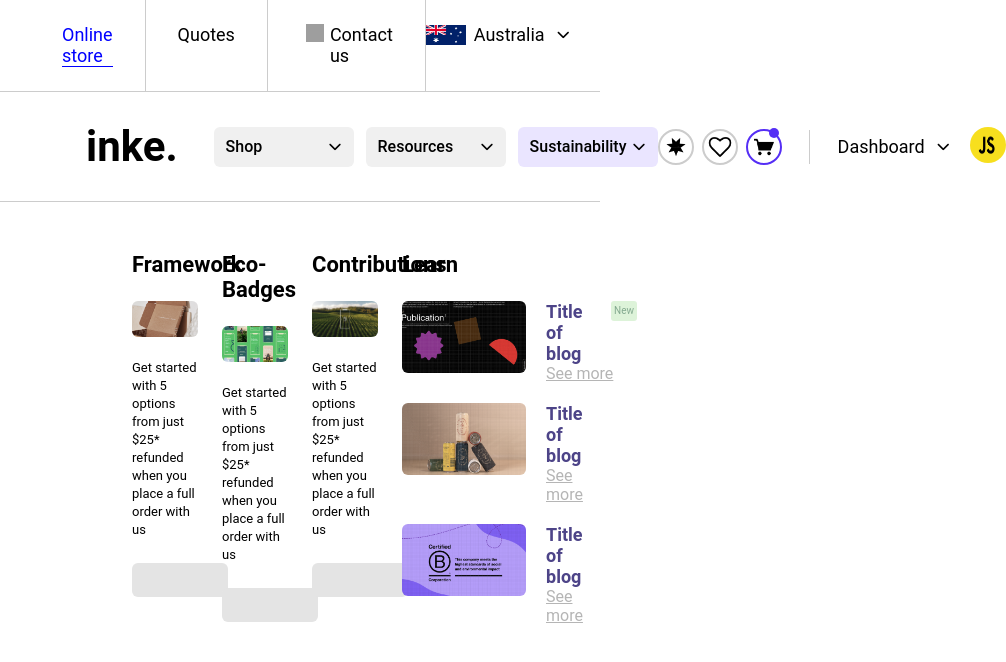
Repository: NguyenMinhKhanhB1909929/Practice_HTML-01
Page: index.html
The author's editor kept a copy of each file at every save. The page is drawn from the files as they stood at one save, then again after the next save.
The browser window is 600 px wide. The page is 1006 px wide, so the pictures cover 1006 px, including what lies to the right of the window. The pictures show the whole page.
Pictures or frames that could not be fetched are drawn as grey boxes. Some web libraries are served in a nearby version.

Above is the page before, as saved 2022-04-07 18:47:48.

After the next save:
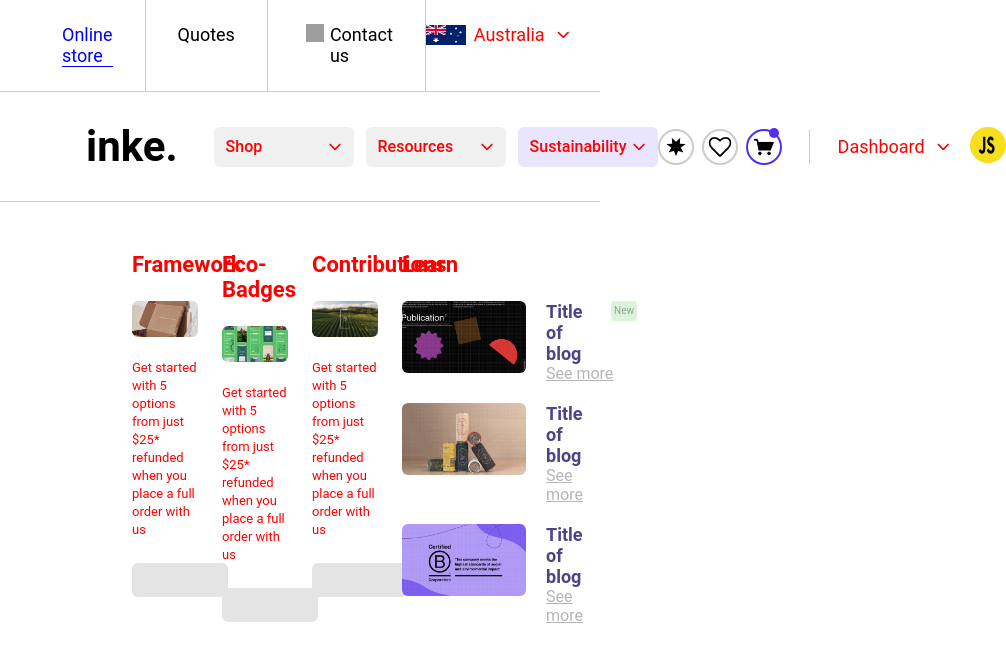
Saved 12 s later.
--- a/asset/style/style.css
+++ b/asset/style/style.css
@@ -292,7 +292,7 @@ a {
 
 /* Mobile */
 @media screen and (max-width: 46.1875em) {
-  . {
+  * {
     color: red;
   }
 }
